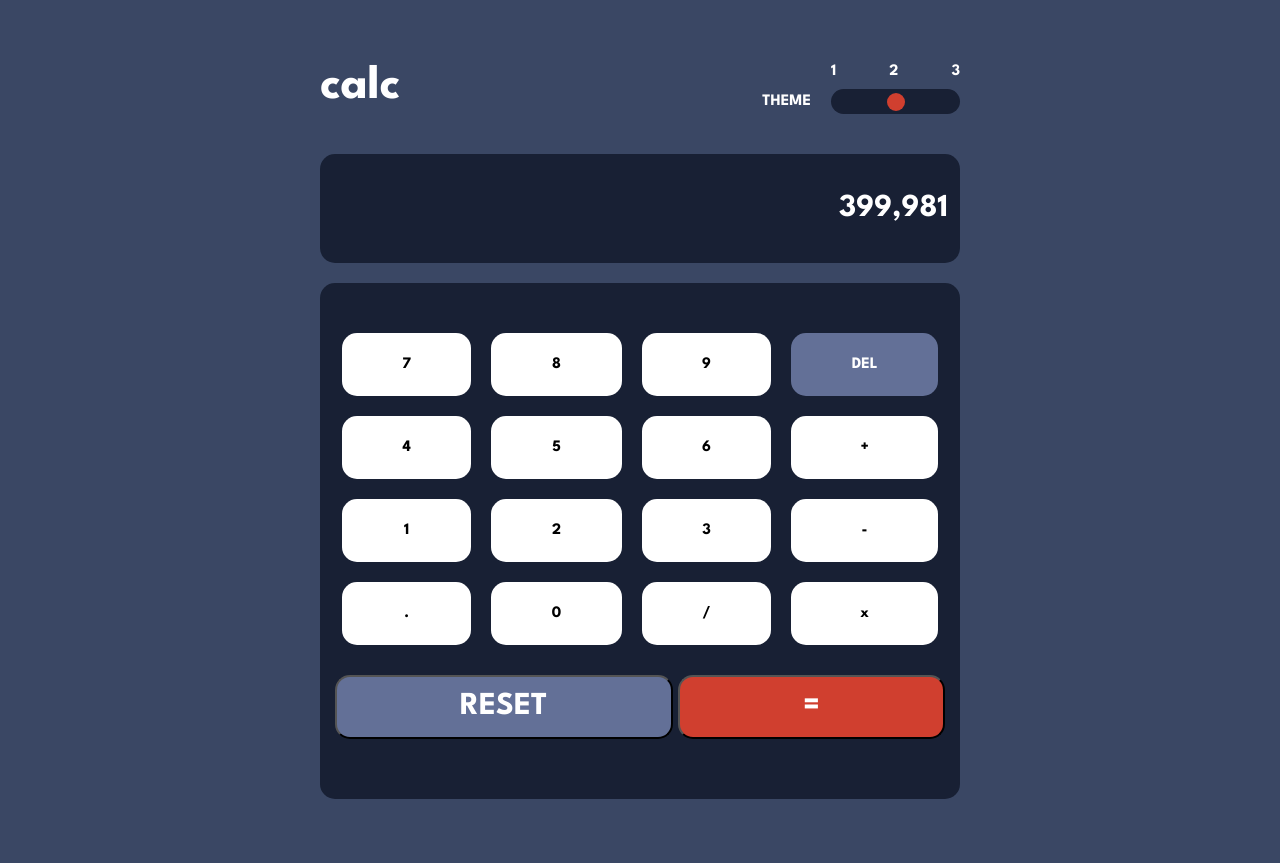
Repository: DevLaukey/calc-with-css-js
Page: index.html
The author's editor kept a copy of each file at every save. The page is drawn from the files as they stood at one save, then again after the next save.
The browser window is 1280 px wide. The pictures show the whole page.

Above is the page before, as saved 2022-05-18 15:28:42.
Console error: TypeError: Cannot read properties of null (reading 'addEventListener')

### index.html
<!DOCTYPE html>
<html lang="en">
  <head>
    <meta charset="UTF-8" />
    <meta http-equiv="X-UA-Compatible" content="IE=edge" />
    <meta name="viewport" content="width=device-width, initial-scale=1.0" />
    <title>Calculator</title>
    <link rel="stylesheet" href="./styles.css" />
    <link rel="preconnect" href="https://fonts.googleapis.com" />
    <link rel="preconnect" href="https://fonts.gstatic.com" crossorigin />
    <link
      href="https://fonts.googleapis.com/css2?family=League+Spartan:wght@700&display=swap"
      rel="stylesheet"
    />
  </head>
  <body>
    <div class="body">
      <header class="calculator__header">
        <div>
          <p class="calculator__name text">calc</p>
        </div>
        <div class="calculator__slider">
          <div class="text">
            <p class="calculator__theme text">THEME</p>
          </div>
          <div class="class-slider">
            <p class="calculator__smallText text">
              <span>1</span>
              <span>2</span>
              <span>3</span>
            </p>
            <div class="calculator__block">
              <input
                class="slider"
                type="range"
                min="1"
                max="3"
                name=""
                id=""
              />
            </div>
          </div>
        </div>
      </header>
      <div class="calculator__display">
        <p class="text calculator__solution">399,981</p>
      </div>
      <di v class="calculator__input">
        <div class="calculator__row">
          <p class="calculator__button seven">7</p>
          <p class="calculator__button eight">8</p>
          <p class="calculator__button nine">9</p>
          <p
            class="calculator__button del back"
            style="background-color: hsl(225, 21%, 49%); color: white"
          >
            DEL
          </p>
          <p class="calculator__button four">4</p>
          <p class="calculator__button five">5</p>
          <p class="calculator__button six">6</p>
          <p class="calculator__button plus">+</p>
          <p class="calculator__button one">1</p>
          <p class="calculator__button two">2</p>
          <p class="calculator__button three">3</p>
          <p class="calculator__button minus">-</p>

          <p class="calculator__button dot">.</p>
          <p class="calculator__button minus">0</p>
          <p class="calculator__button slash">/</p>
          <p class="calculator__button multiply">x</p>
        </div>
        <div class="calculator__control">
          <button class="control reset text">RESET</button>
          <button class="control equals text">=</button>
        </div>
      </di>
    </div>
  </body>
  <script>
    const range = document.getElementById("rangeInput");
var style = document.querySelector('[data="test"]');

range.addEventListener("input", () => {
   const slider_value = range.value;
   let thumb_color;
   if (slider_value <= 29) {
       thumb_color = "rgb(255, 0, 0)";
   }
   else if (slider_value >= 30 && slider_value <= 69) {
       thumb_color = "rgb(255, 255, 0)";
   }
   else {
       thumb_color = "rgb(0, 255, 0)";
   }
   style.innerHTML = `.slider::-webkit-slider-thumb { background-color: ${thumb_color} !important; } .slider:-moz-range-thumb {  ${thumb_color} !important; }`;
});
  </script>
</html>

### styles.css
* {
  margin: 0;
  padding: 0;
  box-sizing: border-box;
}

body {
  background-color: hsl(222, 26%, 31%);
}
.body {
  font-family: "League Spartan", sans-serif;

  margin-bottom: 5%;
  margin-top: 5%;
  margin-left: 25%;
  margin-right: 25%;
}
.calculator__header {
  display: flex;
  width: 100%;
  justify-content: space-between;
  margin-bottom: 25px;
}
.calculator__block {
  display: flex;
}
.calculator__name {
  font-size: 3em;
  color: white;
}
.calculator__slider {
  display: flex;
}
.calculator__theme {
  margin-top: 30px;
  margin-right: 20px;
}
.calculator__smallText {
  display: flex;

  justify-content: space-between;
}
.text {
  color: white;
  font-family: "League Spartan", sans-serif;
}
.numbers {
  color:  hsl(223, 31%, 20%);
}


/* slider */
.slider {
    width: 100%;
    margin: 10px auto;
    -webkit-appearance: none;
    height: 25px;
    border-radius: 15px;
    margin-bottom: 15px;
  background: hsl(224, 36%, 15%);
}

.slider::-webkit-slider-thumb {
   -webkit-appearance: none;
    width: 18px;
    height: 18px;
    border-radius: 10px;
    background-color: hsl(6, 63%, 50%);
    overflow: visible;
    cursor: pointer;
    transition: all 1s ease;
}

.calculator__display {
  background-color: hsl(224, 36%, 15%);
  display: flex;
  flex-direction: row-reverse;
  border-radius: 15px;
  padding: 2.5em 0.75rem 2.5em 0.75em;
  margin-bottom: 20px;
}
.calculator__solution {
  font-size: 2em;
}
.calculator__input {
  background-color: hsl(224, 36%, 15%);
  border-radius: 15px;
  text-align: center;
  padding: 2.5em 0.75rem 2.5em 0.75em;
  display: flex;
  flex-direction: column;
}
.calculator__row {
  display: grid;
  gap: 20px;
  grid-template-columns: auto auto auto auto;
  padding: 10px;
  margin-bottom: 20px;
}
.calculator__button {
  background-color: white;
  padding-top: 1.5em;
  padding-bottom: 1.5em;
  padding-left: -0.2em;
  padding-right: -0.2em;
  border-radius: 15px;
  box-shadow: hsl(224, 28%, 35%);
}
.calculator__control {
  display: flex;
  justify-content: space-around;
  margin-bottom: 20px;
}
.control {
  padding: 2.5% 20% 2.5% 20%;
  border-radius: 15px;
  font-size: 2em;
}
.reset {
  background-color: hsl(225, 21%, 49%);
}
.equals {
  background-color: hsl(6, 63%, 50%);
}

After the next save:
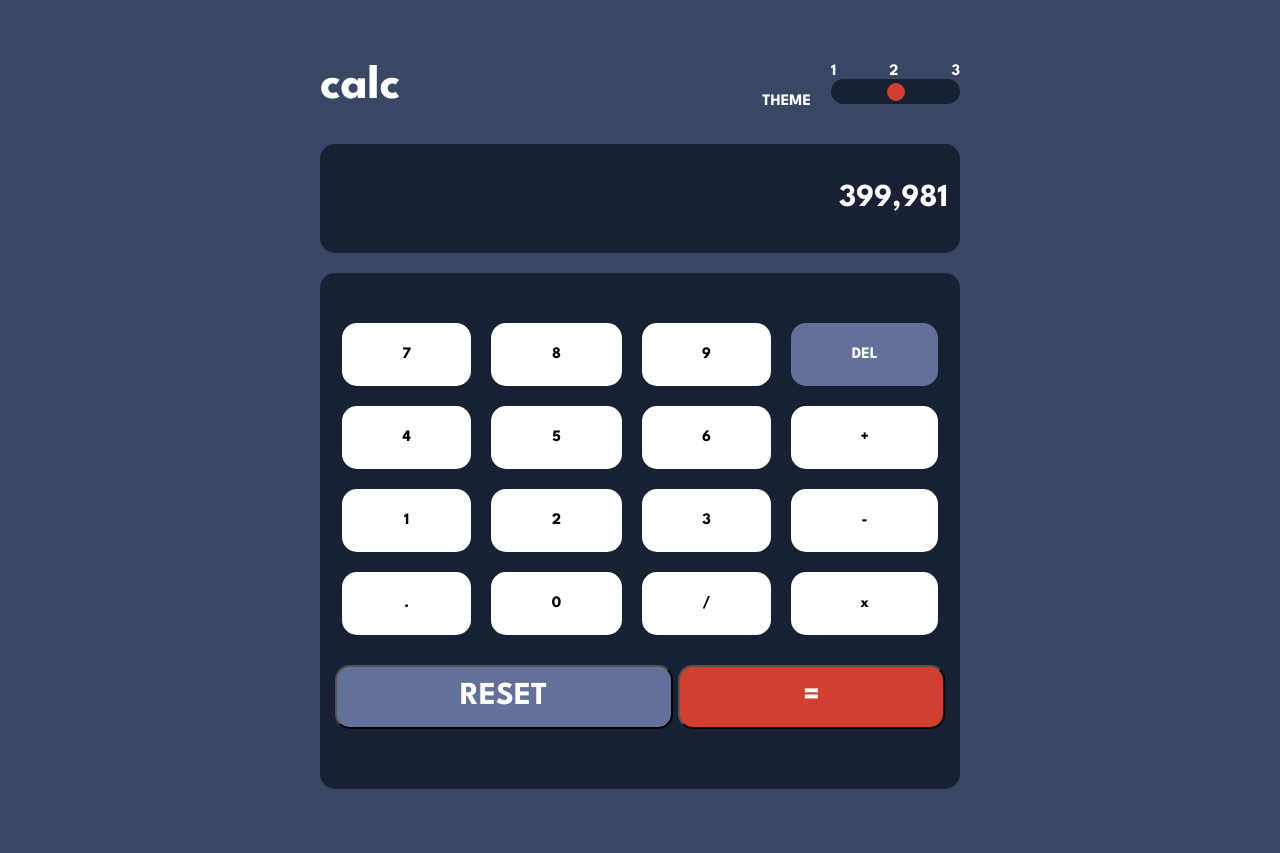
Saved 12 s later.
--- a/styles.css
+++ b/styles.css
@@ -52,7 +52,7 @@ body {
 /* slider */
 .slider {
     width: 100%;
-    margin: 10px auto;
+    /* margin: 10px auto; */
     -webkit-appearance: none;
     height: 25px;
     border-radius: 15px;
